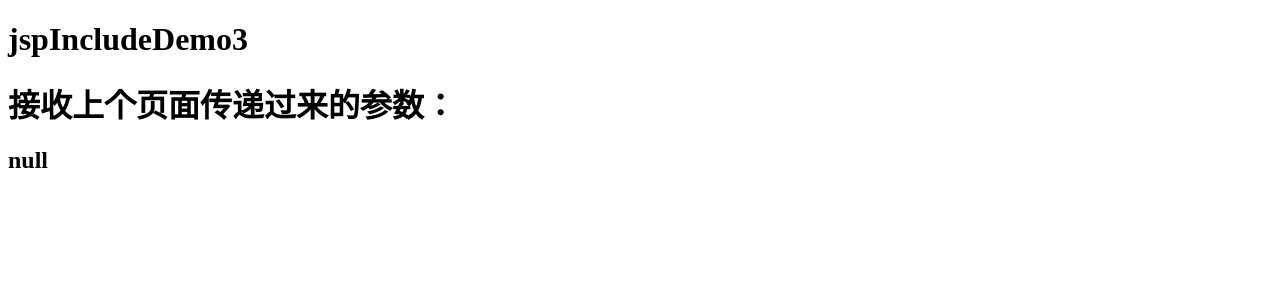
Repository: frankstar007/java
Page: http://localhost/Servlet_Study/JspIncludeTagDemo3.jsp
An editor plug-in stored every save of this project. The page is shown before and after the next save, followed by the edit.
The browser window is 1280 px wide. The pictures show the whole page.
The page is served by Tomcat 9. Nobody is signed in. The application's start-up code is not run. Other server files are loaded and not shown.

Above is the page before, as saved 2016-05-03 09:53:55.

### Servlet_Study/WebContent/JspIncludeTagDemo3.jsp
<%@ page language="java" contentType="text/html; charset=UTF-8"
    pageEncoding="UTF-8"%>
<!DOCTYPE html PUBLIC "-//W3C//DTD HTML 4.01 Transitional//EN" "http://www.w3.org/TR/html4/loose.dtd">
<html>
<head>
<meta http-equiv="Content-Type" content="text/html; charset=UTF-8">
<title>Insert title here</title>
</head>
<body>
	<h1>jspIncludeDemo3</h1>
	<jsp:include page="/jspfragments/Inc.jsp">
		<jsp:param value="" name="parm1"/>
		<jsp:param value="parm2" name="frankstar"/>
	</jsp:include>

</body>
</html>

### Servlet_Study/WebContent/jspfragments/Inc.jsp
<%@ page language="java" contentType="text/html; charset=UTF-8"
    pageEncoding="UTF-8"%>
<!DOCTYPE html PUBLIC "-//W3C//DTD HTML 4.01 Transitional//EN" "http://www.w3.org/TR/html4/loose.dtd">
<html>
<head>
<meta http-equiv="Content-Type" content="text/html; charset=UTF-8">
<title>Insert title here</title>
</head>
<body>
	<h1>接收上个页面传递过来的参数：</h1>
	<h2><%=request.getParameter("parm1") %></h2>
	<h2><%=request.getParameter("parm2") %></h2>
</body>
</html>

After the next save:
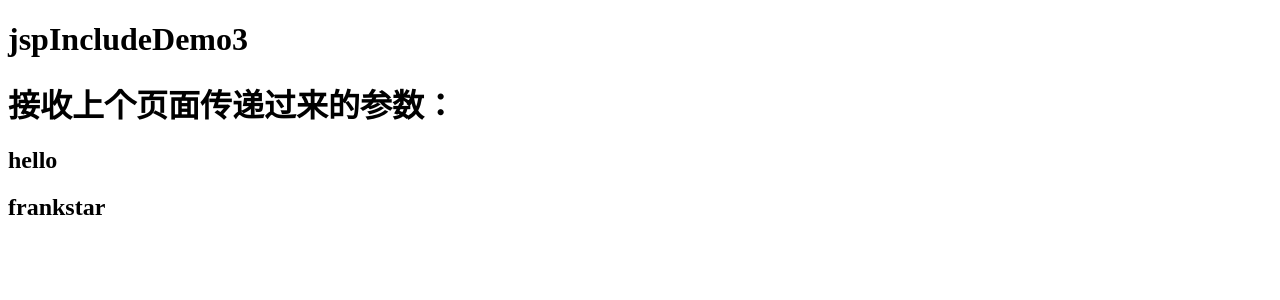
Saved 20 s later.
--- a/Servlet_Study/WebContent/JspIncludeTagDemo3.jsp
+++ b/Servlet_Study/WebContent/JspIncludeTagDemo3.jsp
@@ -9,8 +9,8 @@
 <body>
 	<h1>jspIncludeDemo3</h1>
 	<jsp:include page="/jspfragments/Inc.jsp">
-		<jsp:param value="" name="parm1"/>
-		<jsp:param value="parm2" name="frankstar"/>
+		<jsp:param value="hello" name="parm1"/>
+		<jsp:param value="frankstar" name="parm2"/>
 	</jsp:include>
 
 </body>
